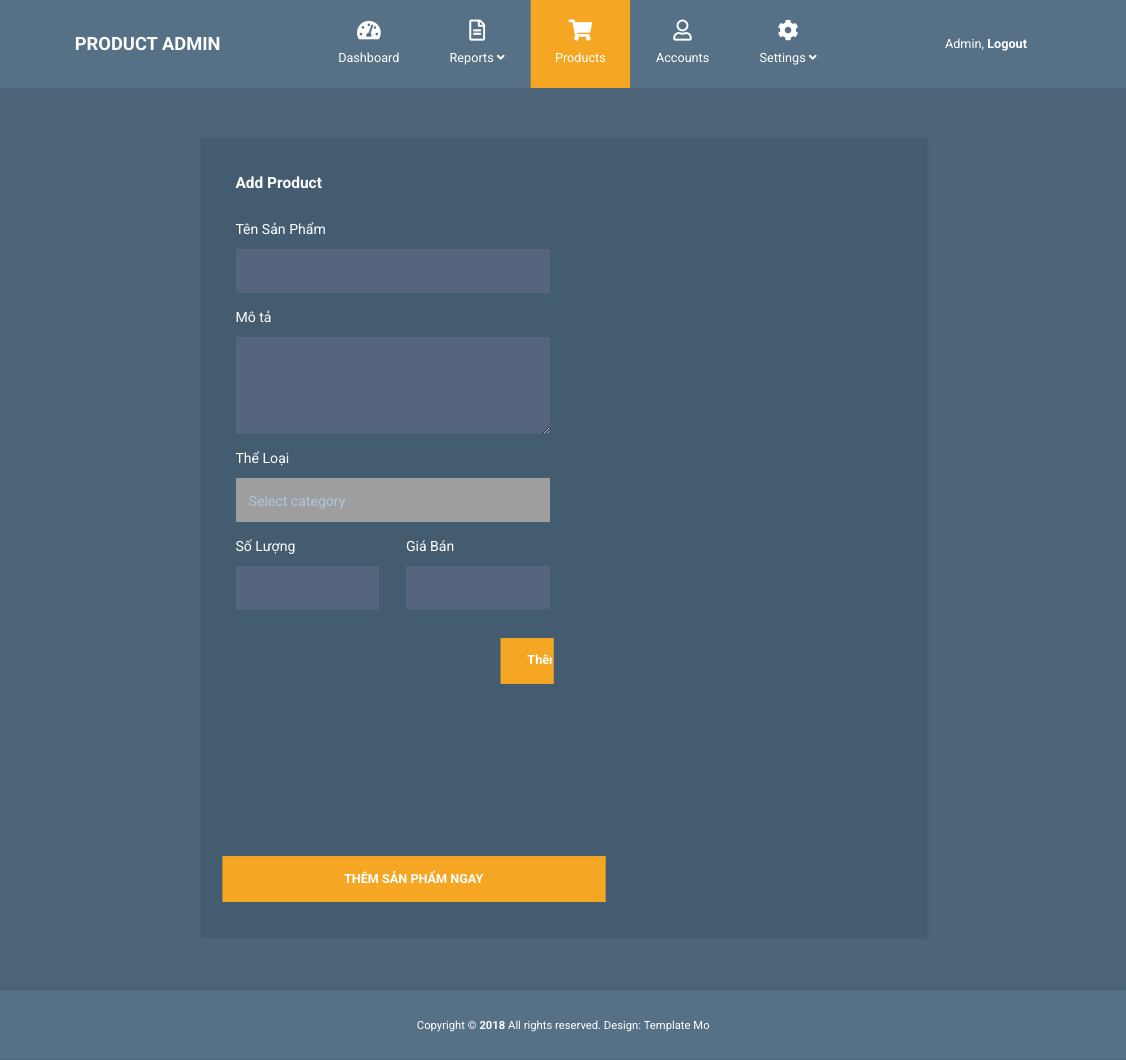
Repository: TruongNguyen0512/Bookhabor-ecommere-web
Page: http://localhost/bookHabor/add-product.jsp
These files come from the project's save history. The page is drawn as it stood at one moment and after the next save; the edit follows.
The browser window is 1280 px wide. The pictures show the whole page, at 88% of full size.
Pictures or frames that could not be fetched are drawn as grey boxes. The page is served by Tomcat 9. Nobody is signed in. The application's start-up code is not run.

Above is the page before, as saved 2023-12-08 17:57:19.

After the next save:
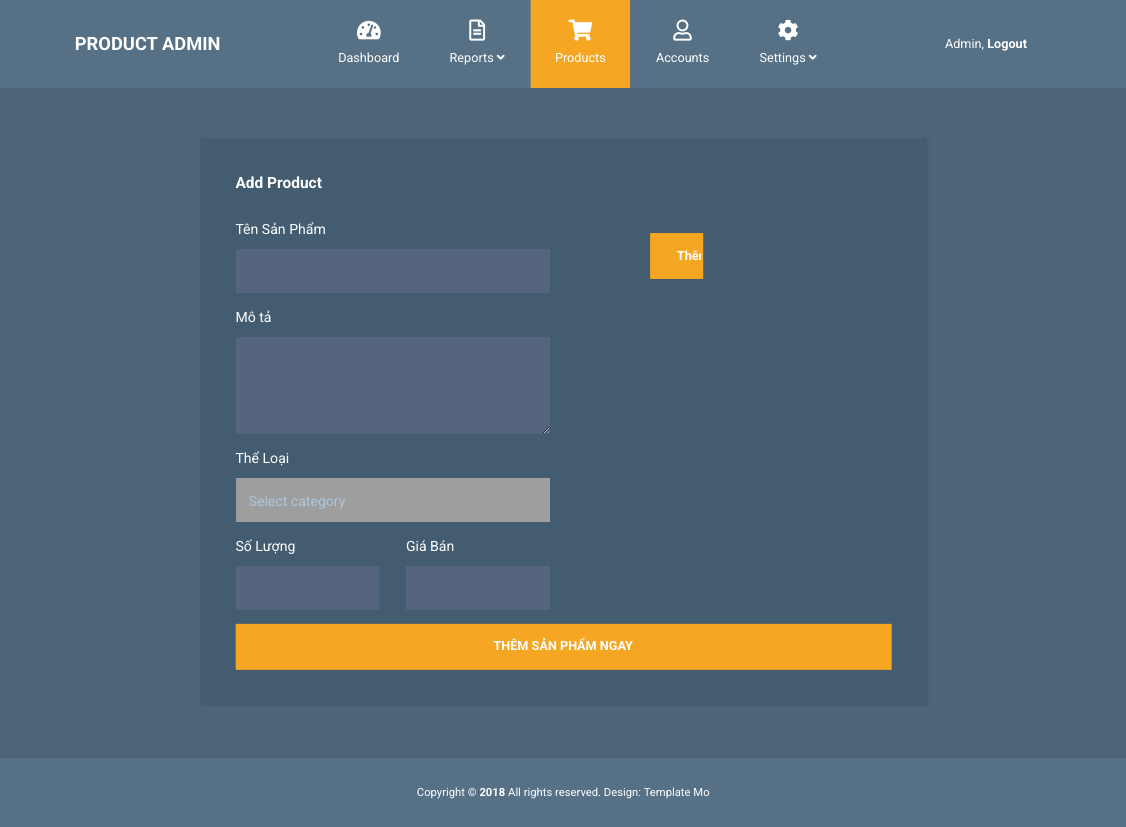
Saved 2 min 0 s later.
--- a/bookHabor/src/main/webapp/add-product.jsp
+++ b/bookHabor/src/main/webapp/add-product.jsp
@@ -129,51 +129,44 @@
 									</div>
 								</div>
 						</div>
-						<div class="row tm-edit-product-row">
-							<div class="col-xl-6 col-lg-6 col-md-12">
-								<form action="" class="tm-edit-product-form" method="POST">
-									<!-- Thêm các input cho tên sản phẩm, mô tả, thể loại, số lượng, giá bán ở đây -->
-								</form>
-							</div>
-							<div class="row">
-								<div class="col-xl-4 col-lg-4 col-md-4 mx-auto mb-4">
-									<div class="tm-product-img-dummy mx-auto">
-										<img id="uploadedImage1" src="" alt="Uploaded Image 1"
-											style="display: none; max-width: 100%; height: auto;">
-									</div>
-									<input id="fileInput1" name="fileInput1" type="file"
-										style="display: none;" onchange="previewImage(event, 1)">
-								</div>
-								<div class="col-xl-4 col-lg-4 col-md-4 mx-auto mb-4">
-									<div class="tm-product-img-dummy mx-auto">
-										<img id="uploadedImage2" src="" alt="Uploaded Image 2"
-											style="display: none; max-width: 100%; height: auto;">
-									</div>
-									<input id="fileInput2" name="fileInput2" type="file"
-										style="display: none;" onchange="previewImage(event, 2)">
-								</div>
-								<div class="col-xl-4 col-lg-4 col-md-4 mx-auto mb-4">
-									<div class="tm-product-img-dummy mx-auto">
-										<img id="uploadedImage3" src="" alt="Uploaded Image 3"
-											style="display: none; max-width: 100%; height: auto;">
-									</div>
-									<input id="fileInput3" name="fileInput3" type="file"
-										style="display: none;" onchange="previewImage(event, 3)">
-								</div>
-							</div>
-							<div class="row">
-								<div class="col-xl-6 col-lg-6 col-md-12 mx-auto mb-4">
-									<div class="custom-file mt-3 mb-3">
-										<input type="button" class="btn btn-primary btn-block mx-auto"
-											value="Thêm Ảnh" onclick="openFileInput()">
-									</div>
-								</div>
-							</div>
-							<div class="col-12">
-								<button type="submit"
-									class="btn btn-primary btn-block text-uppercase"
-									value="themSanPham">Thêm Sản Phẩm Ngay</button>
-							</div>
+						<div class="row">
+							<div class="col-xl-4 col-lg-4 col-md-4 mx-auto mb-4">
+								<div class="tm-product-img-dummy mx-auto">
+									<img id="uploadedImage1" src="" alt="Uploaded Image 1"
+										style="display: none; max-width: 100%; height: auto;">
+								</div>
+								<input id="fileInput1" name="fileInput1" type="file"
+									style="display: none;" onchange="previewImage(event, 1)">
+							</div>
+							<div class="col-xl-4 col-lg-4 col-md-4 mx-auto mb-4">
+								<div class="tm-product-img-dummy mx-auto">
+									<img id="uploadedImage2" src="" alt="Uploaded Image 2"
+										style="display: none; max-width: 100%; height: auto;">
+								</div>
+								<input id="fileInput2" name="fileInput2" type="file"
+									style="display: none;" onchange="previewImage(event, 2)">
+							</div>
+							<div class="col-xl-4 col-lg-4 col-md-4 mx-auto mb-4">
+								<div class="tm-product-img-dummy mx-auto">
+									<img id="uploadedImage3" src="" alt="Uploaded Image 3"
+										style="display: none; max-width: 100%; height: auto;">
+								</div>
+								<input id="fileInput3" name="fileInput3" type="file"
+									style="display: none;" onchange="previewImage(event, 3)">
+							</div>
+						</div>
+						<div class="row">
+							<div class="col-xl-6 col-lg-6 col-md-12 mx-auto mb-4">
+								<div class="custom-file mt-3 mb-3">
+									<input type="button" class="btn btn-primary btn-block mx-auto"
+										value="Thêm Ảnh" onclick="openFileInput()">
+								</div>
+							</div>
+						</div>
+						<div class="col-12">
+							<button type="submit"
+								class="btn btn-primary btn-block text-uppercase"
+								value="themSanPham">Thêm Sản Phẩm Ngay</button>
 						</div>
 						</form>
 					</div>
